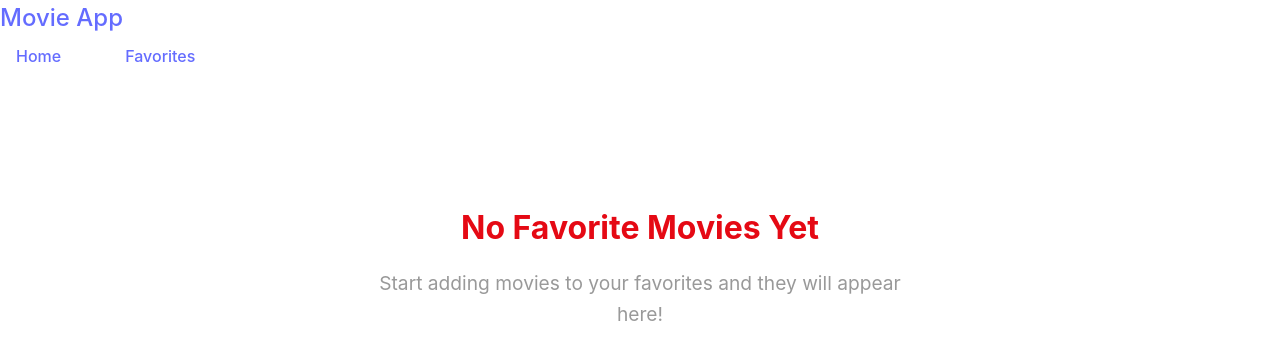
Repository: gogg23/movie-app
Page: /favorites (app in movie app/)
The author's editor kept a copy of each file at every save. The page is drawn from the files as they stood at one save, then again after the next save.
The browser window is 1280 px wide. The pictures show the whole page.
The project was rebuilt for these pictures with package versions that can differ from the ones it lists, and the page was loaded fresh each time. Also part of the build but not shown: movie app/vite.config.js, movie app/src/css/MovieCard.css, movie app/src/components/MovieCard.jsx, movie app/src/pages/Home.jsx, movie app/src/css/Home.css.

Above is the page before, as saved 2025-02-22 14:38:55.

After the next save:
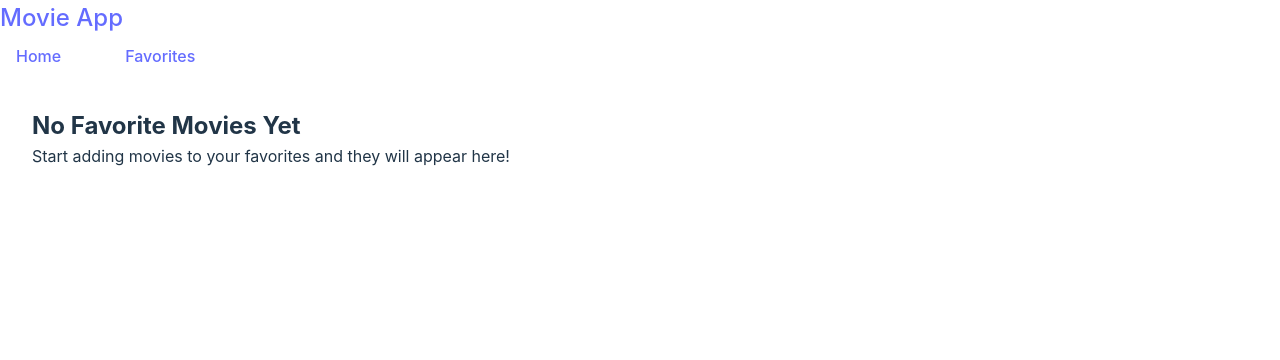
Saved 106 s later.
--- a/movie app/src/pages/Favorites.jsx
+++ b/movie app/src/pages/Favorites.jsx
@@ -1,4 +1,3 @@
-import './Favorites.css';
 function Favorite() {
   return (
     <div className='favorites-empty'>

After the save that followed:
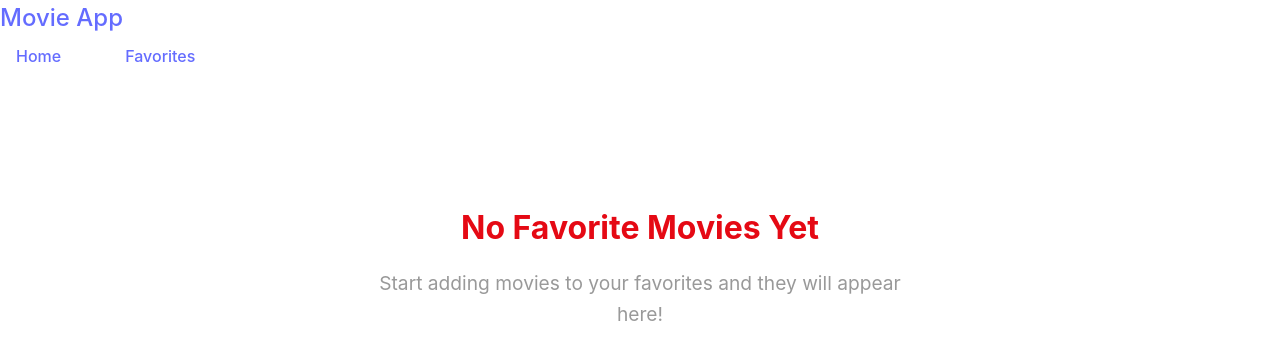
Saved 39 s later.
--- a/movie app/src/pages/Favorites.jsx
+++ b/movie app/src/pages/Favorites.jsx
@@ -1,3 +1,5 @@
+import '../css/Favorites.css';
+
 function Favorite() {
   return (
     <div className='favorites-empty'>
